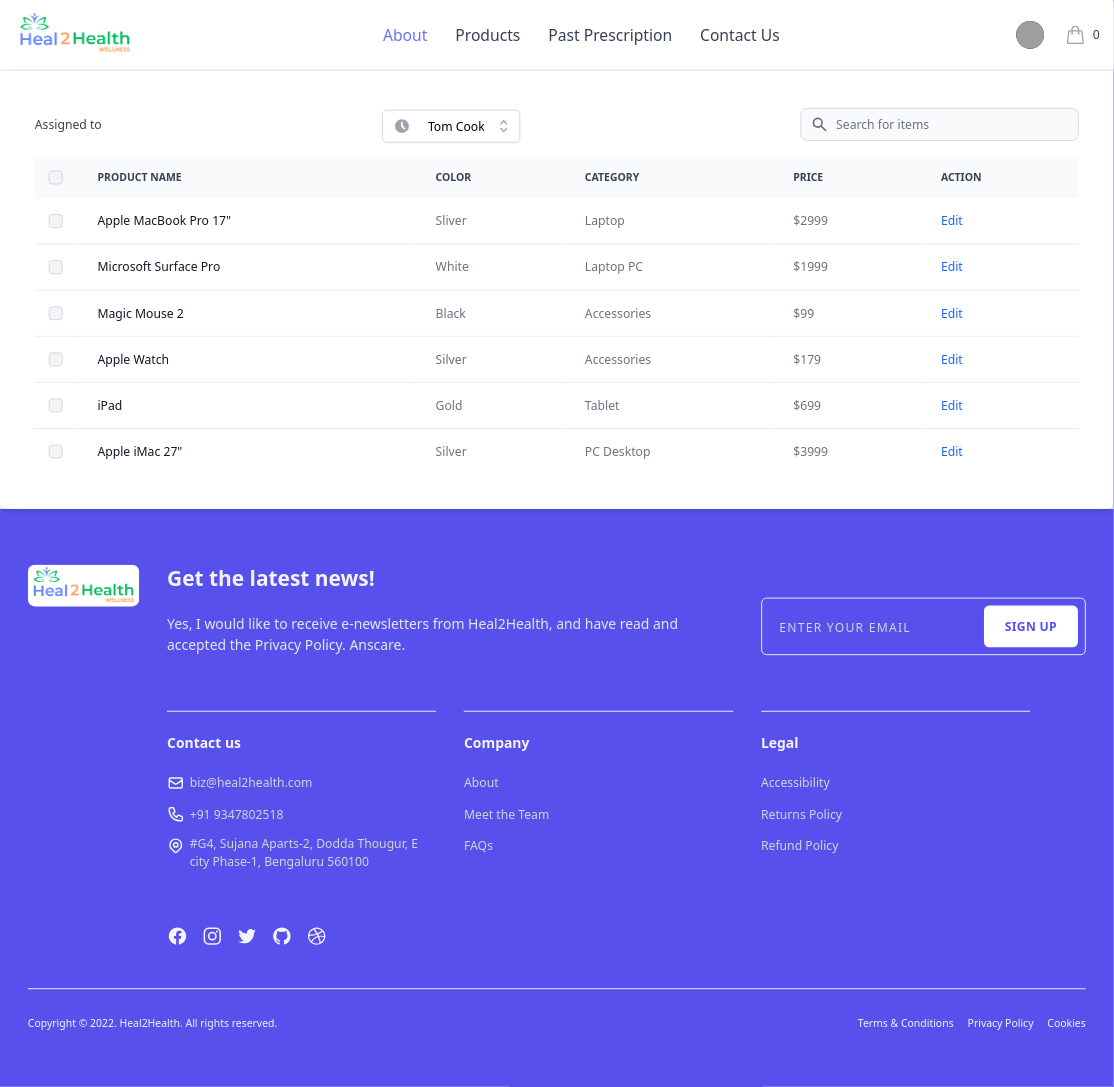
Repository: Akash123-coder/H2H
Page: /PastPrescription (app in Frontend/)
The author's editor kept a copy of each file at every save. The page is drawn from the files as they stood at one save, then again after the next save.
The browser window is 1280 px wide. The pictures show the whole page, at 87% of full size.
Pictures or frames that could not be fetched are drawn as grey boxes. The project was rebuilt for these pictures with package versions that can differ from the ones it lists, and the page was loaded fresh each time. Also part of the build but not shown: Frontend/vite.config.ts, Frontend/src/pages/About.tsx, Frontend/src/components/Cta.jsx, Frontend/src/pages/Home.jsx, Frontend/src/components/Buttonsm.tsx, Frontend/src/components/Buttonrm.tsx, Frontend/src/components/Product.tsx, Frontend/src/pages/Prescription.jsx and 2 more.

Above is the page before, as saved 2022-09-28 17:09:37.

### Frontend/index.html
<!DOCTYPE html>
<html lang="en">
  <head>
    <meta charset="UTF-8" />
    <link rel="icon" type="image/svg+xml" href="/vite.svg" />
    <meta name="viewport" content="width=device-width, initial-scale=1.0" />
    <title>Heal2Health</title>
  </head>
  <body>
    <div id="root"></div>
    <script type="module" src="/src/main.tsx"></script>
  </body>
</html>

### Frontend/src/main.tsx
import React from 'react'
import ReactDOM from 'react-dom/client'
import App from './App'
import './index.css'
import {BrowserRouter} from 'react-router-dom'

ReactDOM.createRoot(document.getElementById('root') as HTMLElement).render(
  <React.StrictMode>
    <BrowserRouter>
    <App />
    </BrowserRouter>
  </React.StrictMode>
)

### Frontend/src/App.jsx
import { Routes, Route } from "react-router-dom";
import Navbar from "./components/Navbar.jsx";
import { ShoppingCartProvider } from "./context/ShoppingCartContext";
import About from "./pages/About";
import Home from "./pages/Home";
import Prescription from "./pages/Prescription";
import SignUp from "./pages/SignUp";
import Footer from "./components/Footer";
import Login from "./pages/Login";
// import CompanyNameSelect from "./pages/CompanyNameSelect.jsx";
import PastPrescription from "./pages/PastPrescription.jsx";

function App() {
  return (
    <ShoppingCartProvider>
      <Navbar />
      <Routes>
        <Route path="/" element={<Home />} />
        <Route path="/prescription" element={<Prescription />} />
        <Route path="/about" element={<About />} />
        <Route path="/login" element={<Login />} />
        <Route path="/SignUp" element={<SignUp />} />
        <Route path="/PastPrescription" element={<PastPrescription />} />
        {/* <Route path="/SignUp" element={<CompanyNameSelect />} /> */}
      </Routes>
      <Footer />
    </ShoppingCartProvider>
  );
}

export default App;

### Frontend/src/components/Navbar.jsx
// import user from '../assets/user.png'
import { useState } from 'react'
import logo from '../assets/logo.png'
import {NavLink} from 'react-router-dom'
import { ShoppingBagIcon } from "@heroicons/react/24/outline";
import Cart from '../pages/Cart'

function Navbar() {
    const [Active, setActive] = useState(true)

    const showMenu = () =>{
        setActive(!Active)
    }

  return (
    <div>
      <nav className="bg-white border-b-2  px-2 sm:px-4  py-2.5 rounded   dark:bg-gray-900 ">
        <div className="container flex flex-wrap justify-between items-center mx-auto">
          <a href="/" className="flex items-center ">
            <img
              src={logo}
              className="mr-3 h-16 lg:h-14 sm:h-12"
              alt="Flowbite Logo"
            />
          </a>
          <div className="flex items-center md:order-2">
            <NavLink
              to="/login"
              type="button"
              className="flex mr-3 text-sm bg-gray-800 rounded-full md:mr-0 focus:ring-4 focus:ring-gray-300 dark:focus:ring-gray-600"
              id="user-menu-button"
              aria-expanded="false"
              data-dropdown-toggle="user-dropdown"
              data-dropdown-placement="bottom"
            >
              <span className="sr-only">Open user menu</span>
              <img
                className="w-8 h-8 rounded-full"
                src="https://images.pexels.com/photos/614810/pexels-photo-614810.jpeg?auto=compress&cs=tinysrgb&dpr=1&w=500"
                alt="user photo"
              />
            </NavLink>
            <Cart />

            <button
              data-collapse-toggle="mobile-menu-2"
              type="button"
              className="  inlinkne-flex items-center p-2 ml-1 text-sm text-gray-500 rounded-lg md:hidden hover:bg-gray-100 focus:outlinkne-none focus:ring-2 focus:ring-gray-200 dark:text-gray-400 dark:hover:bg-gray-700 dark:focus:ring-gray-600"
              aria-controls="mobile-menu-2"
              aria-expanded="false"
            >
              <span className="sr-only">Open main menu</span>
              <svg
                className="w-6 h-6"
                aria-hidden="true"
                onClick={showMenu}
                fill="currentColor"
                viewBox="0 0 20 20"
                xmlns="http://www.w3.org/2000/svg"
              >
                <path
                  fill-rule="evenodd"
                  d="M3 5a1 1 0 011-1h12a1 1 0 110 2H4a1 1 0 01-1-1zM3 10a1 1 0 011-1h12a1 1 0 110 2H4a1 1 0 01-1-1zM3 15a1 1 0 011-1h12a1 1 0 110 2H4a1 1 0 01-1-1z"
                  clinkp-rule="evenodd"
                ></path>
              </svg>
            </button>
          </div>
          <div
            className={
              !Active
                ? " justify-between items-center w-full md:flex md:w-auto md:order-1 border-b-stone-500"
                : "hidden"
            }
            id="mobile-menu-2"
          >
            <ul className="flex flex-col p-4 mt-4  bg-gray-50 rounded-lg border border-gray-100 md:flex-row md:space-x-8 md:mt-0 md:text-sm md:font-medium md:border-0 md:bg-white dark:bg-gray-800 md:dark:bg-gray-900 dark:border-gray-700">
              <NavLink to="/">
                <a
                  className="block py-2 pr-4 pl-3 text-lg text-white bg-indigo-700 rounded md:bg-transparent md:text-indigo-700 md:p-0 dark:text-white"
                  aria-current="page "
                  onClick={showMenu}
                >
                  About
                </a>
              </NavLink>
              {/* <NavLink to="/about">
                <a
                  className="block py-2 pr-4 pl-3 text-lg text-gray-700 rounded hover:bg-gray-100 md:hover:bg-transparent md:hover:text-indigo-700 md:p-0 dark:text-gray-400 md:dark:hover:text-white dark:hover:bg-gray-700 dark:hover:text-white md:dark:hover:bg-transparent dark:border-gray-700"
                  onClick={showMenu}
                >
                  About
                </a>
              </NavLink> */}

              <NavLink to="/Prescription">
                <a
                  href="#"
                  className="block py-2 pr-4 pl-3 text-lg text-gray-700 rounded hover:bg-gray-100 md:hover:bg-transparent md:hover:text-indigo-700 md:p-0 dark:text-gray-400 md:dark:hover:text-white dark:hover:bg-gray-700 dark:hover:text-white md:dark:hover:bg-transparent dark:border-gray-700"
                  onClick={showMenu}
                >
                  Products
                </a>
              </NavLink>
              <NavLink to="/PastPrescription">
                <a
                  href="#"
                  className="block py-2 pr-4 pl-3 text-lg text-gray-700 rounded hover:bg-gray-100 md:hover:bg-transparent md:hover:text-indigo-700 md:p-0 dark:text-gray-400 md:dark:hover:text-white dark:hover:bg-gray-700 dark:hover:text-white md:dark:hover:bg-transparent dark:border-gray-700"
                  onClick={showMenu}
                  to="/pastprescription"
                >
                  Past Prescription
                </a>
              </NavLink>

              <a
                href="#contact"
                className="block py-2 pr-4 pl-3 text-lg text-gray-700 rounded hover:bg-gray-100 md:hover:bg-transparent md:hover:text-indigo-700 md:p-0 dark:text-gray-400 md:dark:hover:text-white dark:hover:bg-gray-700 dark:hover:text-white md:dark:hover:bg-transparent dark:border-gray-700"
                onClick={showMenu}
              >
                Contact Us
              </a>
            </ul>
          </div>
          <div
            className={
              "hidden justify-between  items-center w-full md:flex md:w-auto md:order-1"
            }
            id="mobile-menu-2"
          >
            <ul className="flex flex-col p-4 mt-4  bg-gray-50 rounded-lg border border-gray-100 md:flex-row md:space-x-8 md:mt-0 md:text-sm md:font-medium md:border-0 md:bg-white dark:bg-gray-800 md:dark:bg-gray-900 dark:border-gray-700">
              <NavLink to="/">
                <a
                  href="#"
                  className="block py-2 pr-4 pl-3 text-lg text-white bg-indigo-700 rounded md:bg-transparent md:text-indigo-500 md:p-0 dark:text-white"
                  aria-current="page"
                >
                  About
                </a>
              </NavLink>
              {/* <NavLink to="/about">
                <a
                  href="#"
                  className="block py-2 pr-4 pl-3 text-gray-700 rounded text-lg hover:bg-gray-100 md:hover:bg-transparent md:hover:text-indigo-700 md:p-0 dark:text-gray-400 md:dark:hover:text-white dark:hover:bg-gray-700 dark:hover:text-white md:dark:hover:bg-transparent dark:border-gray-700"
                >
                  About
                </a>
              </NavLink> */}

              <NavLink to="/prescription">
                <a
                  href="#"
                  className="block py-2 pr-4 pl-3 text-gray-700 rounded text-lg hover:bg-gray-100 md:hover:bg-transparent md:hover:text-indigo-500 md:p-0 dark:text-gray-400 md:dark:hover:text-white dark:hover:bg-gray-700 dark:hover:text-white md:dark:hover:bg-transparent dark:border-gray-700"
                >
                  Products
                </a>
              </NavLink>
              <NavLink to="/PastPrescription">
                <a
                  href="#"
                  className="block py-2 pr-4 pl-3 text-lg text-gray-700 rounded hover:bg-gray-100 md:hover:bg-transparent md:hover:text-indigo-700 md:p-0 dark:text-gray-400 md:dark:hover:text-white dark:hover:bg-gray-700 dark:hover:text-white md:dark:hover:bg-transparent dark:border-gray-700"
                  onClick={showMenu}
                  to="/pastprescription"
                >
                  Past Prescription
                </a>
              </NavLink>
              <a
                href="#contact"
                className="block py-2 pr-4 pl-3 text-gray-700 rounded text-lg hover:bg-gray-100 md:hover:bg-transparent md:hover:text-indigo-500 md:p-0 dark:text-gray-400 md:dark:hover:text-white dark:hover:bg-gray-700 dark:hover:text-white md:dark:hover:bg-transparent dark:border-gray-700"
              >
                Contact Us
              </a>
            </ul>
          </div>
        </div>
      </nav>
    </div>
  );
}

export default Navbar

### Frontend/src/context/ShoppingCartContext.tsx
import {useContext ,useState, createContext ,ReactNode} from 'react'

const ShoppingCartContext = createContext({})

type ShoppingCartProviderProps ={
    children: ReactNode
}
type CartItem = {
    id: number
    quantity:number
}


type ShoppingCartContext ={
    CartQuantity:number
    CartItems:CartItem[]
    getItemQuantity:(id: number) => number
    increaseItemQuantity:(id: number) => void
    decreaseItemQuantity:(id: number) => void
    removeFromCart:(id: number) => void
}

export function useShoppingCart() {
  return ( useContext(ShoppingCartContext)
  )
}

export function ShoppingCartProvider({children}:ShoppingCartProviderProps){
    const [cartItems ,setCartItems] = useState<CartItem>([]);

    const CartQuantity = cartItems.reduce(
        (quantity ,item) => item.quantity + quantity,0
    )

    function getItemQuantity(id : number){
        return cartItems.find( item => item.id === id)?.quantity || 0
    }
    function increaseItemQuantity(id : number){
         setCartItems(currItems =>{
            if(currItems.find(item => item.id === id)==null){
                return [...currItems, {id , quantity : 1}]

            } else {
                return currItems.map(item =>{
                    if(item.id === id ){
                        return {...item ,quantity: item.quantity + 1}
                    }else{
                        return item
                    }
                })
            }
         })
    }
    function decreaseItemQuantity(id: number) {
        setCartItems(currItems => {
          if (currItems.find(item => item.id === id)?.quantity === 1) {
            return currItems.filter(item => item.id !== id)
          } else {
            return currItems.map(item => {
              if (item.id === id) {
                return { ...item, quantity: item.quantity - 1 }
              } else {
                return item
              }
            })
          }
        })
      }
    function removeFromCart(id : number){
        setCartItems(currItems =>{
            return currItems.filter(item =>item.id!==id)
        })
    }
    return (

        <ShoppingCartContext.Provider value = {{getItemQuantity,increaseItemQuantity,decreaseItemQuantity ,removeFromCart,cartItems,CartQuantity}}>
            {children}
        </ShoppingCartContext.Provider>
    )
}

### Frontend/src/components/Select.jsx
/* This example requires Tailwind CSS v2.0+ */
import { Fragment, useState } from "react";
import { Listbox, Transition } from "@headlessui/react";
import { CheckIcon, ChevronUpDownIcon } from "@heroicons/react/20/solid";

const people = [
  {
    id: 1,
    name: "Wade Cooper",

  },
  {
    id: 2,
    name: "Arlene Mccoy",
    avatar:
      "https://images.unsplash.com/photo-1550525811-e5869dd03032?ixlib=rb-1.2.1&auto=format&fit=facearea&facepad=2&w=256&h=256&q=80",
  },
  {
    id: 3,
    name: "Devon Webb",
    avatar:
      "https://images.unsplash.com/photo-1500648767791-00dcc994a43e?ixlib=rb-1.2.1&ixid=eyJhcHBfaWQiOjEyMDd9&auto=format&fit=facearea&facepad=2.25&w=256&h=256&q=80",
  },
  {
    id: 4,
    name: "Tom Cook",
    avatar:
      "https://images.unsplash.com/photo-1472099645785-5658abf4ff4e?ixlib=rb-1.2.1&ixid=eyJhcHBfaWQiOjEyMDd9&auto=format&fit=facearea&facepad=2&w=256&h=256&q=80",
  },
];

function classNames(...classes) {
  return classes.filter(Boolean).join(" ");
}

export default function Select() {
  const [selected, setSelected] = useState(people[3]);

  return (
    <Listbox value={selected} onChange={setSelected}>
      {({ open }) => (
        <>
          <Listbox.Label className="block text-sm font-medium text-gray-700">
            Assigned to
          </Listbox.Label>
          <div className="relative mt-1">
            <Listbox.Button className="relative w-full cursor-default rounded-md border border-gray-300 bg-white py-2 pl-3 pr-10 text-left shadow-sm focus:border-indigo-500 focus:outline-none focus:ring-1 focus:ring-indigo-500 sm:text-sm">
              <span className="flex items-center">
                <svg
                  class="mr-2 w-5 h-5 text-gray-400"
                  aria-hidden="true"
                  fill="currentColor"
                  viewBox="0 0 20 20"
                  xmlns="http://www.w3.org/2000/svg"
                >
                  <path
                    fill-rule="evenodd"
                    d="M10 18a8 8 0 100-16 8 8 0 000 16zm1-12a1 1 0 10-2 0v4a1 1 0 00.293.707l2.828 2.829a1 1 0 101.415-1.415L11 9.586V6z"
                    clip-rule="evenodd"
                  ></path>
                </svg>
                <span className="ml-3 block truncate">{selected.name}</span>
              </span>
              <span className="pointer-events-none absolute inset-y-0 right-0 ml-3 flex items-center pr-2">
                <ChevronUpDownIcon
                  className="h-5 w-5 text-gray-400"
                  aria-hidden="true"
                />
              </span>
            </Listbox.Button>

            <Transition
              show={open}
              as={Fragment}
              leave="transition ease-in duration-100"
              leaveFrom="opacity-100"
              leaveTo="opacity-0"
            >
              <Listbox.Options className="absolute z-10 mt-1 max-h-56 w-full overflow-auto rounded-md bg-white py-1 text-base shadow-lg ring-1 ring-black ring-opacity-5 focus:outline-none sm:text-sm">
                {people.map((person) => (
                  <Listbox.Option
                    key={person.id}
                    className={({ active }) =>
                      classNames(
                        active ? "text-white bg-indigo-600" : "text-gray-900",
                        "relative cursor-default select-none py-2 pl-3 pr-9"
                      )
                    }
                    value={person}
                  >
                    {({ selected, active }) => (
                      <>
                        <div className="flex items-center">

                          <span
                            className={classNames(
                              selected ? "font-semibold" : "font-normal",
                              "ml-3 block truncate"
                            )}
                          >
                            {person.name}
                          </span>
                        </div>

                        {selected ? (
                          <span
                            className={classNames(
                              active ? "text-white" : "text-indigo-600",
                              "absolute inset-y-0 right-0 flex items-center pr-4"
                            )}
                          >
                            <CheckIcon className="h-5 w-5" aria-hidden="true" />
                          </span>
                        ) : null}
                      </>
                    )}
                  </Listbox.Option>
                ))}
              </Listbox.Options>
            </Transition>
          </div>
        </>
      )}
    </Listbox>
  );
}

### Frontend/tailwind.config.cjs
/** @type {import('tailwindcss').Config} */
module.exports = {
  content: [
    "./src/**/*.{js,jsx,ts,tsx}",
    "node_modules/flowbite-react/**/*.{js,jsx,ts,tsx}",
  ],
  theme: {
    extend: {},
  },
  plugins: [require("flowbite/plugin"), require("@tailwindcss/forms")],
};

Loaded but not shown: Frontend/src/index.css (common file); Frontend/src/components/Footer.jsx (300 lines, source omitted); Frontend/src/pages/PastPrescription.jsx (263 lines, source omitted); Frontend/src/pages/Cart.jsx (227 lines, source omitted)

After the next save:
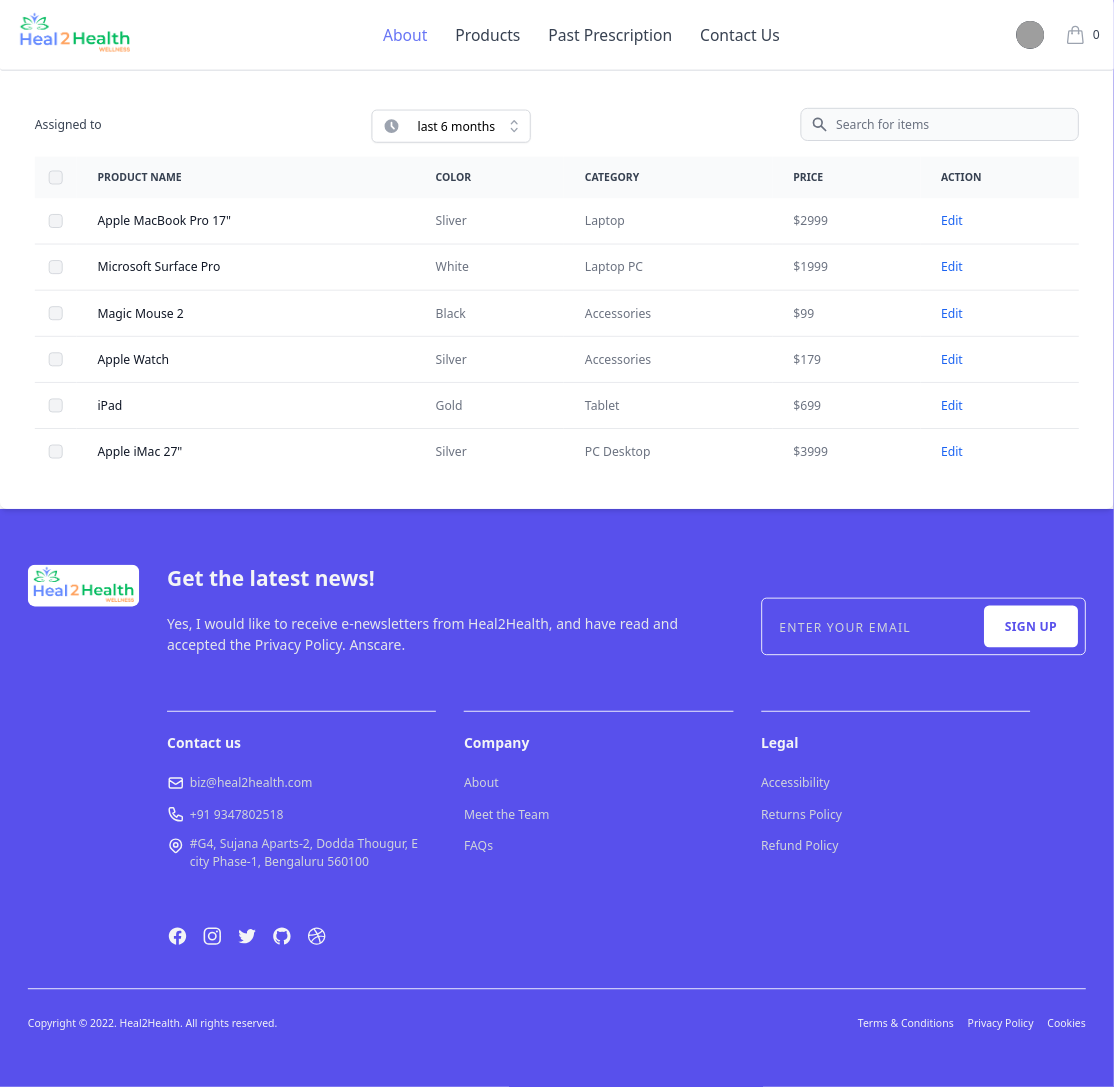
Saved 50 s later.
--- a/Frontend/src/components/Select.jsx
+++ b/Frontend/src/components/Select.jsx
@@ -6,24 +6,24 @@ import { CheckIcon, ChevronUpDownIcon } from "@heroicons/react/20/solid";
 const people = [
   {
     id: 1,
-    name: "Wade Cooper",
+    name: "last 30 days",
 
   },
   {
     id: 2,
-    name: "Arlene Mccoy",
+    name: "last day",
     avatar:
       "https://images.unsplash.com/photo-1550525811-e5869dd03032?ixlib=rb-1.2.1&auto=format&fit=facearea&facepad=2&w=256&h=256&q=80",
   },
   {
     id: 3,
-    name: "Devon Webb",
+    name: "last 7 days",
     avatar:
       "https://images.unsplash.com/photo-1500648767791-00dcc994a43e?ixlib=rb-1.2.1&ixid=eyJhcHBfaWQiOjEyMDd9&auto=format&fit=facearea&facepad=2.25&w=256&h=256&q=80",
   },
   {
     id: 4,
-    name: "Tom Cook",
+    name: "last 6 months",
     avatar:
       "https://images.unsplash.com/photo-1472099645785-5658abf4ff4e?ixlib=rb-1.2.1&ixid=eyJhcHBfaWQiOjEyMDd9&auto=format&fit=facearea&facepad=2&w=256&h=256&q=80",
   },
